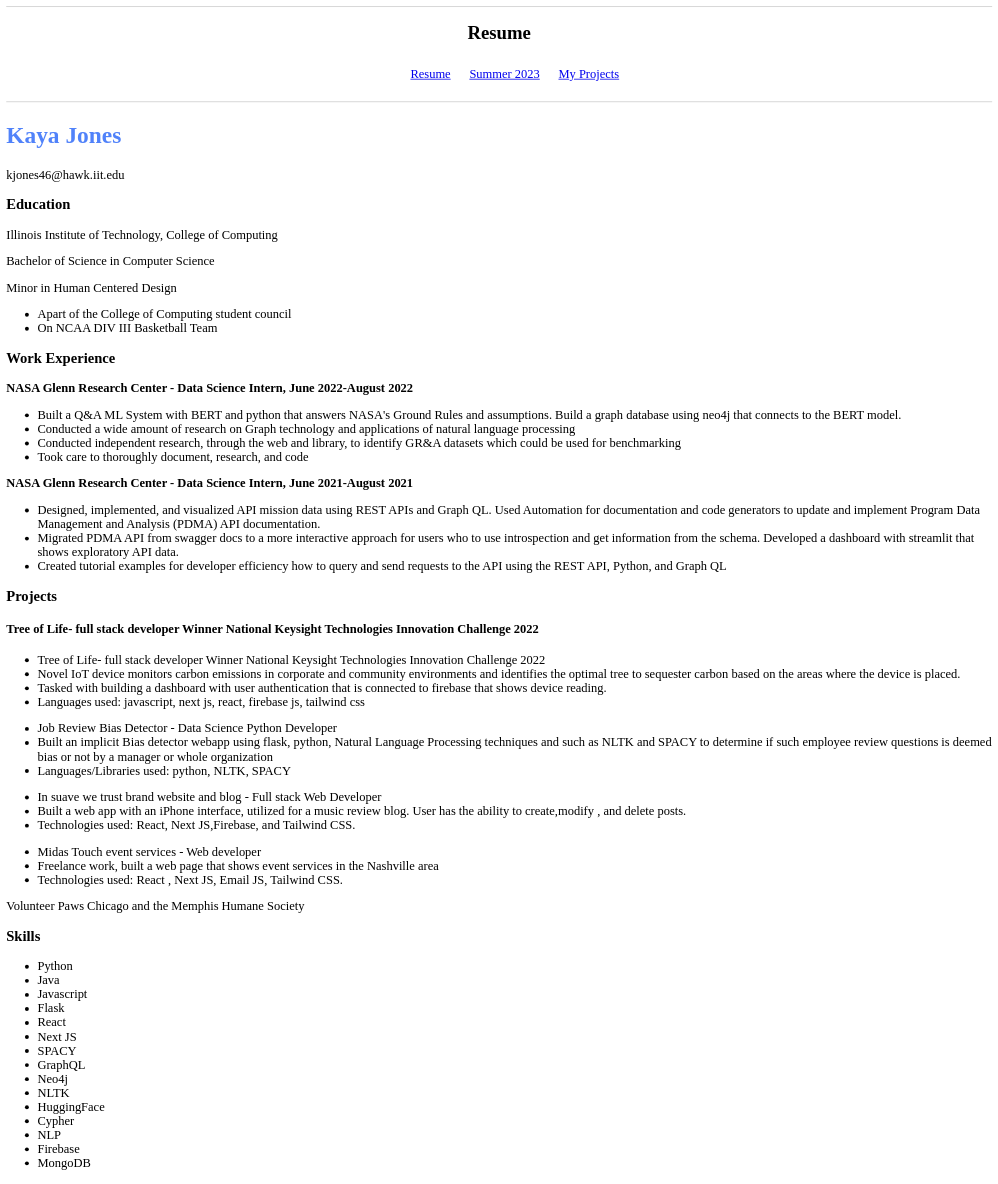
Repository: kayacancode/itm361project1
Page: index.html
An editor plug-in stored every save of this project. The page is shown before and after the next save, followed by the edit.
The browser window is 1280 px wide. The pictures show the whole page, at 78% of full size.
Some web fonts or font styles are not loaded; a fallback is used.

Above is the page before, as saved 2023-03-04 12:55:38.

### index.html
<!DOCTYPE html>
<html lang="en">
  <head>
    <meta charset="UTF-8" />
    <title>ITMD 361 - Web Development</title>
    <link rel="stylesheet" href="css/style.css" />

  </head>
  <body>
    <header>
      <nav>
        <h1>Resume</h1>
        <ul>
          <li><a href="index.html">Resume</a></li>
          <li><a href="summer2023.html">Summer 2023</a></li>
          <li><a href="projects.html">My Projects</a></li>
        </ul>
      </nav>
    </header>
    <h2>Kaya Jones</h2>
    <p>kjones46@hawk.iit.edu</p>
    <h3>Education</h3>
    <p>Illinois Institute of Technology, College of Computing</p>
    <p>Bachelor of Science in Computer Science</p>
    <p>Minor in Human Centered Design</p>
    <ul >
      <li>Apart of the College of Computing student council</li>
      <li>On NCAA DIV III Basketball Team</li>
    </ul>
    <section>
    <h3>Work Experience</h3>
    <p>
      <span style="font-weight:bold">NASA Glenn Research Center - Data Science Intern, June 2022-August 2022 </span>
    </p>
    <ul >
      <li>
        Built a Q&A ML System with BERT and python that answers NASA's Ground
        Rules and assumptions. Build a graph database using neo4j that connects
        to the BERT model.
      </li>
      <li>
        Conducted a wide amount of research on Graph technology and applications
        of natural language processing
      </li>
      <li>
        Conducted independent research, through the web and library, to identify
        GR&A datasets which could be used for benchmarking
      </li>
      <li>Took care to thoroughly document, research, and code</li>
    </ul>
    <p>
      <span style="font-weight:bold">NASA Glenn Research Center - Data Science Intern, June 2021-August 2021 </span>
    </p>
    <ul >
      <li>
        Designed, implemented, and visualized API mission data using REST APIs
        and Graph QL. Used Automation for documentation and code generators to
        update and implement Program Data Management and Analysis (PDMA) API
        documentation.
      </li>
      <li>
        Migrated PDMA API from swagger docs to a more interactive approach for
        users who to use introspection and get information from the schema.
        Developed a dashboard with streamlit that shows exploratory API data.
      </li>
      <li>
        Created tutorial examples for developer efficiency how to query and send
        requests to the API using the REST API, Python, and Graph QL
      </li>
    </ul>
  </section>
  <section>
    <h3>Projects</h3>
    <h4>Tree of Life- full stack developer Winner National Keysight Technologies
      Innovation Challenge 2022</h4>
    <ul>
      <li>
        Tree of Life- full stack developer Winner National Keysight Technologies
        Innovation Challenge 2022
      </li>
      <li>
        Novel IoT device monitors carbon emissions in corporate and community
        environments and identifies the optimal tree to sequester carbon based
        on the areas where the device is placed.
      </li>
      <li>
        Tasked with building a dashboard with user authentication that is
        connected to firebase that shows device reading.
      </li>
      <li>
        Languages used: javascript, next js, react, firebase js, tailwind css
      </li>
    </ul>
    <ul>
      <li>Job Review Bias Detector - Data Science Python Developer</li>
      <li>
        Built an implicit Bias detector webapp using flask, python, Natural
        Language Processing techniques and such as NLTK and SPACY to determine
        if such employee review questions is deemed bias or not by a manager or
        whole organization
      </li>

      <li>Languages/Libraries used: python, NLTK, SPACY</li>
    </ul>
    <ul >
      <li>
        In suave we trust brand website and blog - Full stack Web Developer
      </li>
      <li>
        Built a web app with an iPhone interface, utilized for a music review
        blog. User has the ability to create,modify , and delete posts.
      </li>

      <li>Technologies used: React, Next JS,Firebase, and Tailwind CSS.</li>
    </ul>

    <ul>
      <li>Midas Touch event services - Web developer</li>
      <li>
        Freelance work, built a web page that shows event services in the
        Nashville area
      </li>

      <li>Technologies used: React , Next JS, Email JS, Tailwind CSS.</li>
    </ul>
  </section>
    <p>Volunteer Paws Chicago and the Memphis Humane Society</p>

    <h3>Skills</h3>
    <ul >
      <li>Python</li>
      <li>Java</li>
      <li>Javascript</li>
      <li>Flask</li>
      <li>React</li>
      <li>Next JS</li>
      <li>SPACY</li>
      <li>GraphQL</li>
      <li>Neo4j</li>
      <li>NLTK</li>
      <li>HuggingFace</li>
      <li>Cypher</li>
      <li>NLP</li>
      <li>Firebase</li>
      <li>MongoDB</li>
    </ul>
  </body>
</html>

### css/style.css
@import url("https://fonts.googleapis.com/css2?family=Tilt+Warp&display=swap");



nav{
    border:1px solid #ccc;
    border-width:1px 0;
    list-style:none;
    margin:0;
    padding:0;
    text-align:center;
}
nav li{
    display:inline;
}
nav a{
    display:inline-block;
    padding:10px;
}

h1{
    font-family: "Tilt Warp", cursive;

}
h2{
    font-size: 30px;
    font-family: "Tilt Warp", cursive;
    color:#5082FA;
}

.websites img{
    display: block;
    margin-left: auto;
    margin-right: auto;
    max-width: 50%;
    height: 350px;
    border-radius: 20px;
}

After the next save:
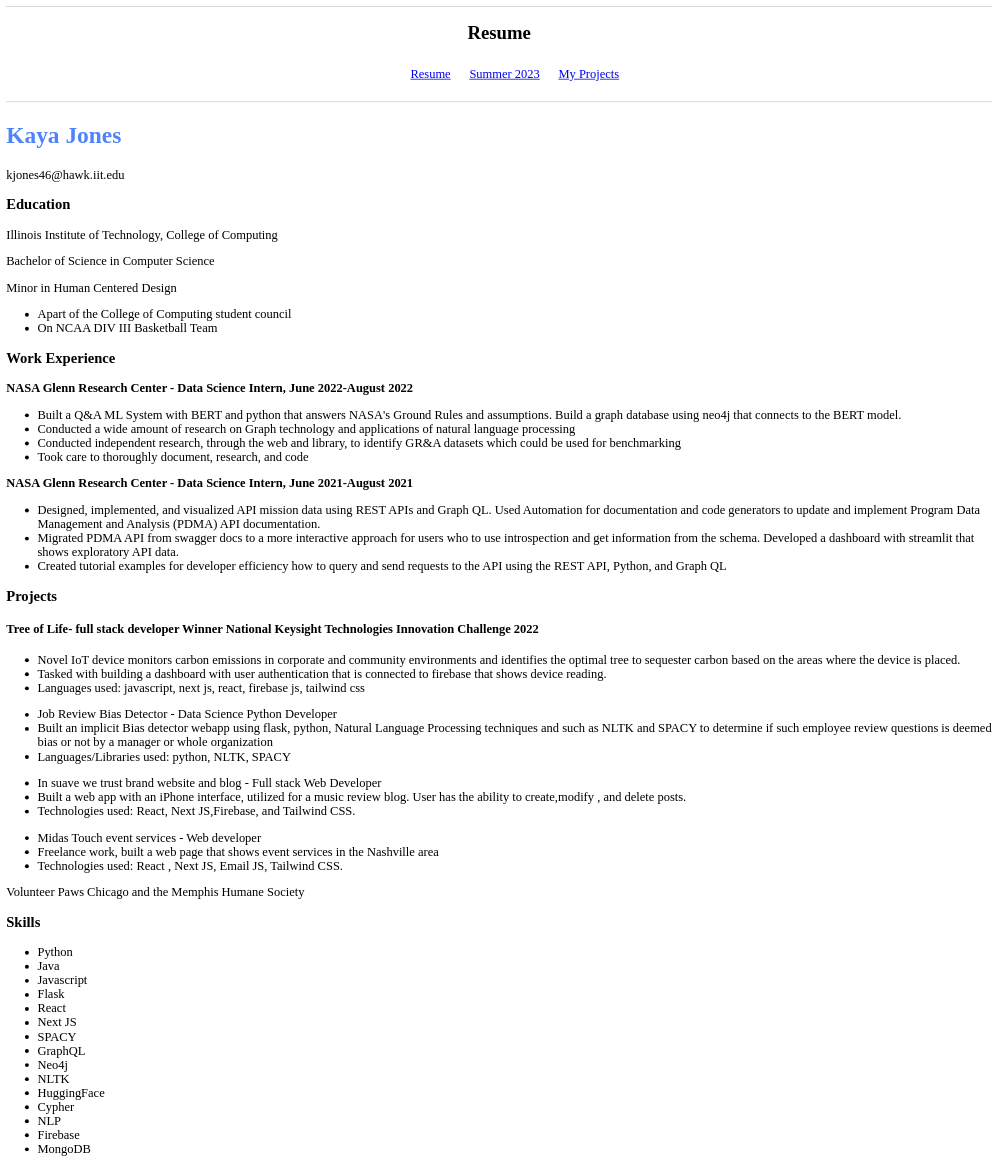
Saved 9 s later.
--- a/index.html
+++ b/index.html
@@ -74,10 +74,7 @@
     <h4>Tree of Life- full stack developer Winner National Keysight Technologies
       Innovation Challenge 2022</h4>
     <ul>
-      <li>
-        Tree of Life- full stack developer Winner National Keysight Technologies
-        Innovation Challenge 2022
-      </li>
+
       <li>
         Novel IoT device monitors carbon emissions in corporate and community
         environments and identifies the optimal tree to sequester carbon based
